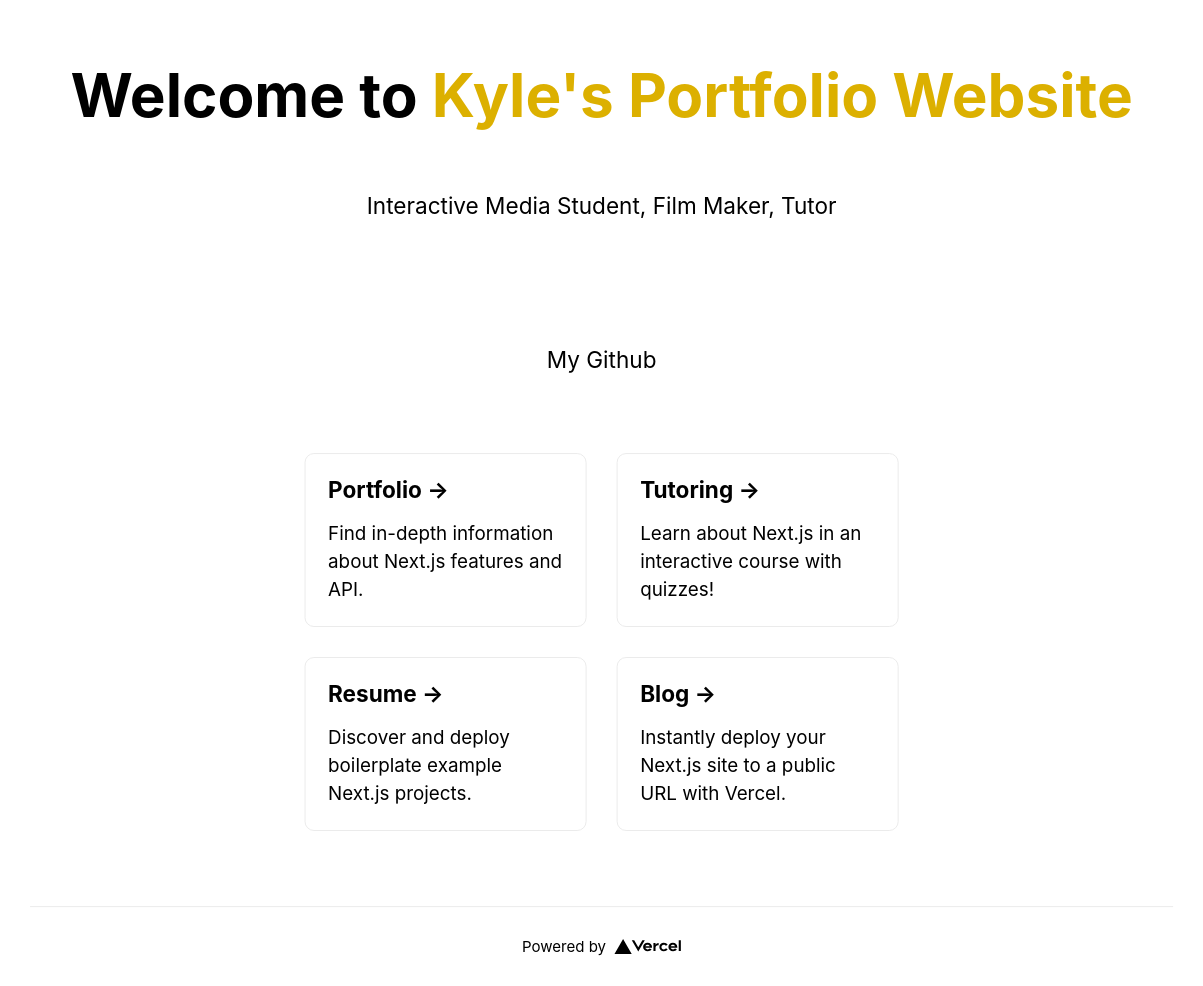
Repository: neomort/CL-portfolio-site
Page: /
These files come from the project's save history. The page is drawn as it stood at one moment and after the next save; the edit follows.
The browser window is 1280 px wide. The pictures show the whole page, at 94% of full size.
The project was rebuilt for these pictures with package versions that can differ from the ones it lists, and the page was loaded fresh each time. The framework's server and built-in components were replaced by stand-ins that run in the browser. Also part of the build but not shown: next.config.js.

Above is the page before, as saved 2021-12-14 14:22:01.

After the next save:
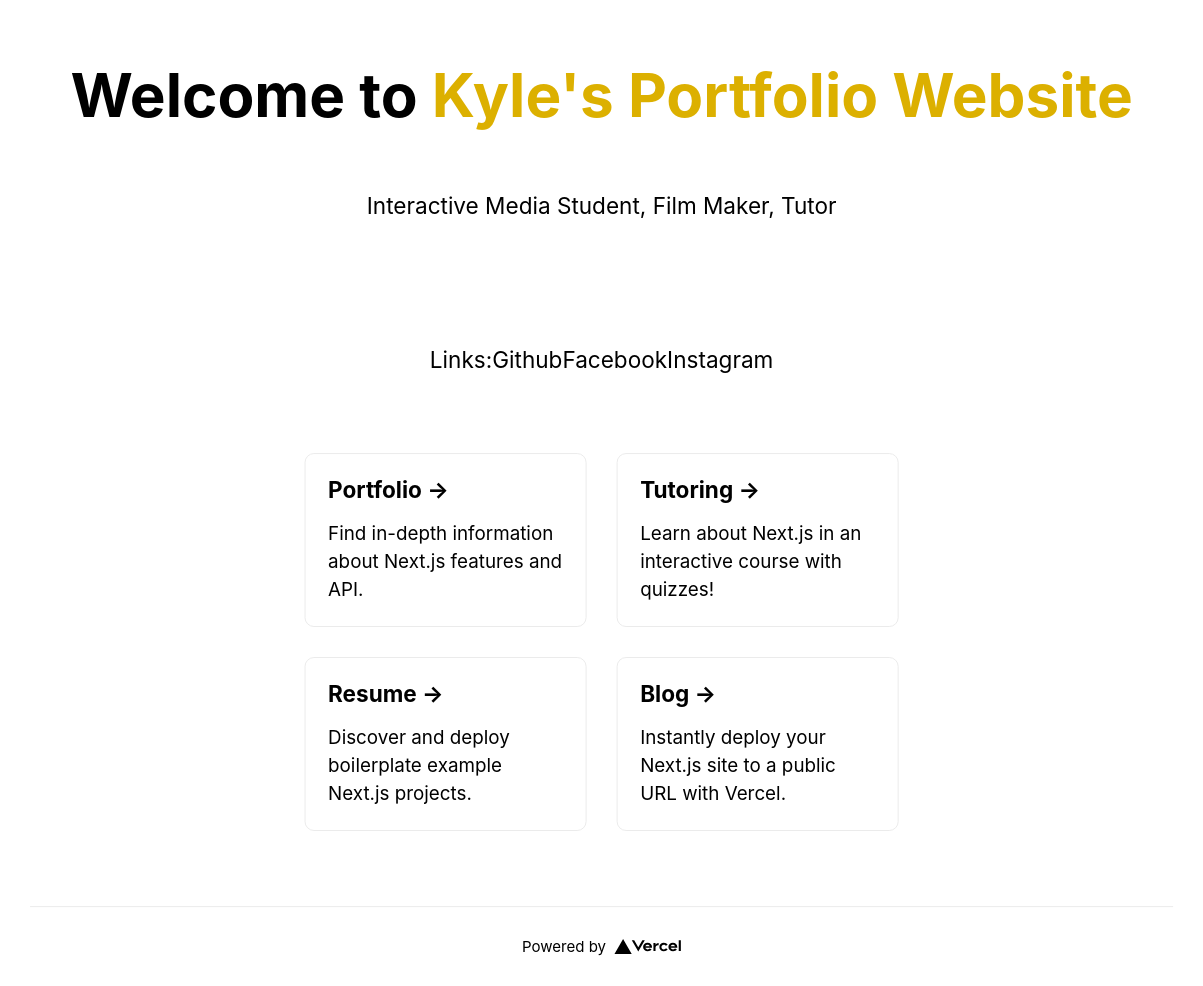
Saved 79 s later.
--- a/pages/index.js
+++ b/pages/index.js
@@ -21,7 +21,10 @@ export default function Home() {
         </p>
 
         <p className={styles.description}>
-          <a href="https://github.com/neomort">My Github</a>
+          Links:
+          <a href="https://github.com/neomort">Github</a>
+          <a href="https://github.com/neomort">Facebook</a>
+          <a href="https://github.com/neomort">Instagram</a>
           {/* <code className={styles.code}>this is code</code> */}
         </p>
 
